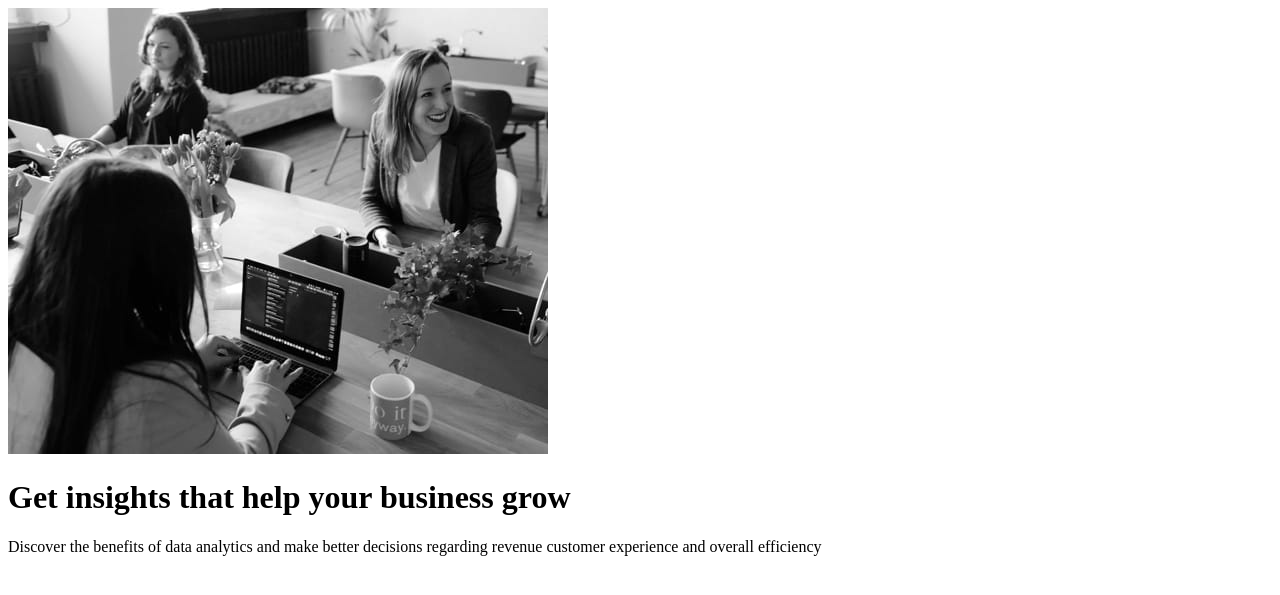
Repository: Pawan-pediredla/frontend-mentors
Page: stats-preview-card-component-main/markup/index.html
The author's editor kept a copy of each file at every save. The page is drawn from the files as they stood at one save, then again after the next save.
The browser window is 1280 px wide. The pictures show the whole page.

Above is the page before, as saved 2024-06-25 12:21:51.

### stats-preview-card-component-main/markup/index.html
<!DOCTYPE html>
<html lang="en">
<head>
    <meta charset="UTF-8">
    <meta name="viewport" content="width=device-width, initial-scale=1.0">
    <title>Document</title>
    <link rel="stylesheet" href="../styles/index.css" />
    <link
    rel="icon"
    type="image/png"
    sizes="32x32"
    href="../images/favicon-32x32.png"
  />
  <link rel="preconnect" href="https://fonts.googleapis.com" />
  <link rel="preconnect" href="https://fonts.gstatic.com"/>
  <link
  href="https://fonts.googleapis.com/css2?family=Inter:wght@100..900&family=Lexend+Deca:wght@100..900&display=swap"
  rel="stylesheet"
/></head>
<body>
    <div class="card">
        <div class="purple-image">
            <div class="overlay"></div>
            <div class="image">
                <img src="../images/image-header-desktop.jpg" alt="people working in computer office "/>
            </div>
        </div>
        <div class="info">
            <h1>
                Get <span class="purple">
                    insights
                </span>
                that help your business grow
            </h1>
            <p>
                Discover the benefits of data analytics and make better decisions regarding revenue customer experience and overall efficiency
            </p>
        </div>
    </div>

</body>
</html>

Loaded but not shown: stats-preview-card-component-main/styles/index.css (no stored copy; drawn as an empty file)

After the next save:
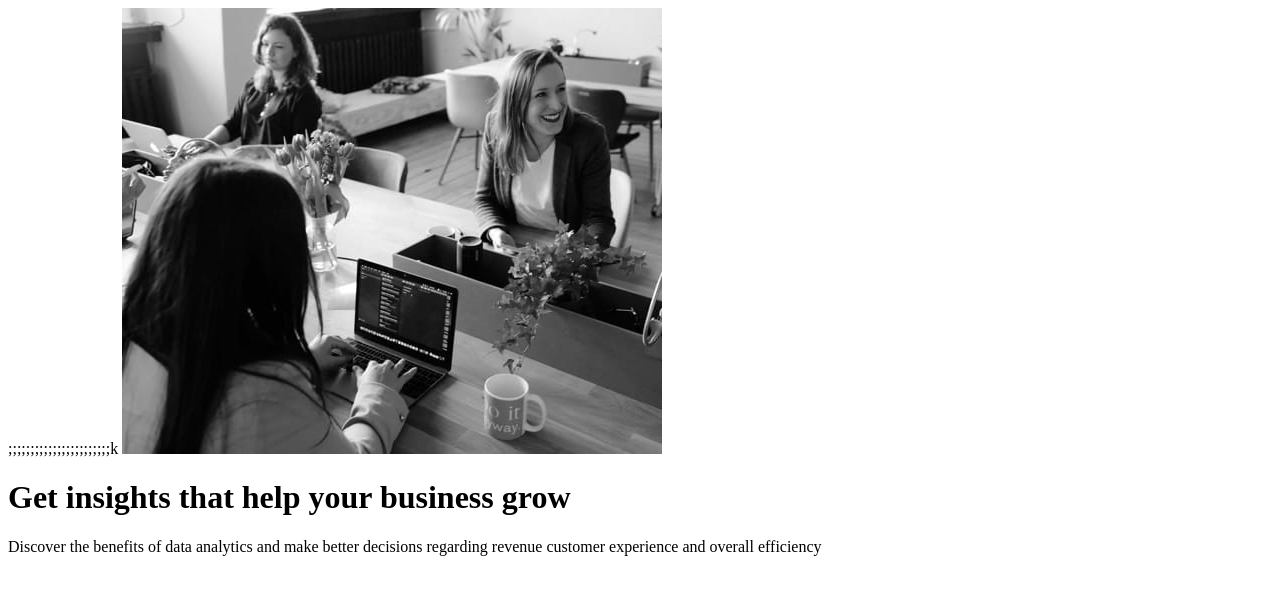
Saved 22 s later.
--- a/stats-preview-card-component-main/markup/index.html
+++ b/stats-preview-card-component-main/markup/index.html
@@ -21,7 +21,7 @@
     <div class="card">
         <div class="purple-image">
             <div class="overlay"></div>
-            <div class="image">
+           ;;;;;;;;;;;;;;;;;;;;;;;k
                 <img src="../images/image-header-desktop.jpg" alt="people working in computer office "/>
             </div>
         </div>

After the 2 saves that followed:
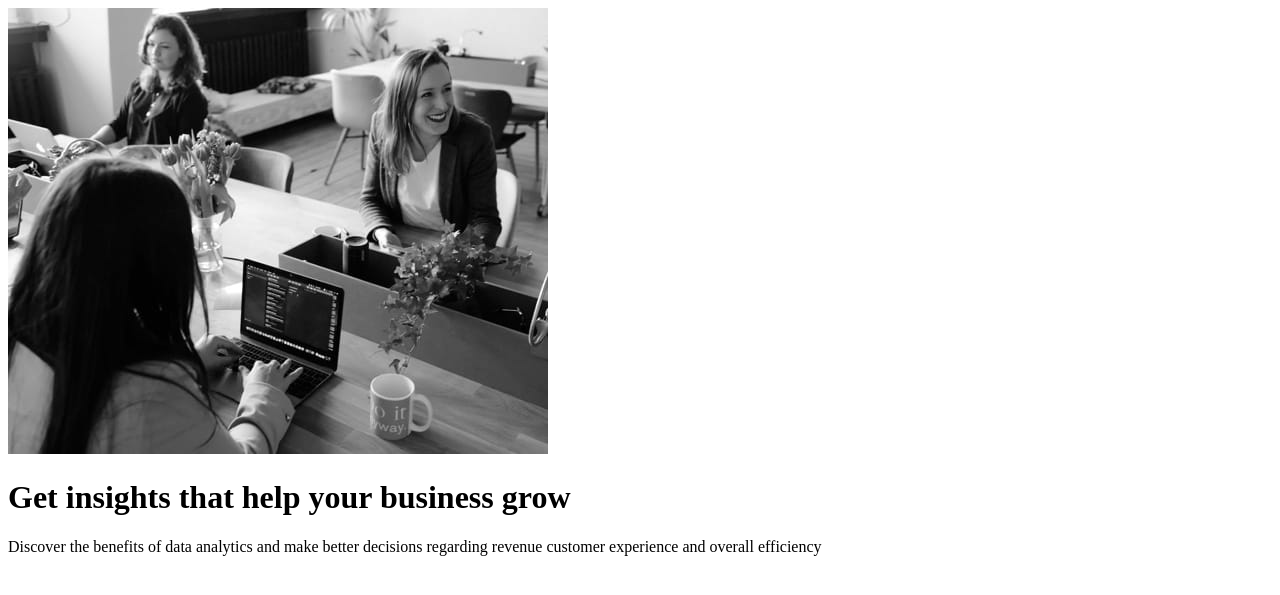
The 2 saves are shown as one change because they came seconds apart.
The last was saved 7 s later.
--- a/stats-preview-card-component-main/markup/index.html
+++ b/stats-preview-card-component-main/markup/index.html
@@ -21,9 +21,8 @@
     <div class="card">
         <div class="purple-image">
             <div class="overlay"></div>
-           ;;;;;;;;;;;;;;;;;;;;;;;k
+
                 <img src="../images/image-header-desktop.jpg" alt="people working in computer office "/>
-            </div>
         </div>
         <div class="info">
             <h1>
